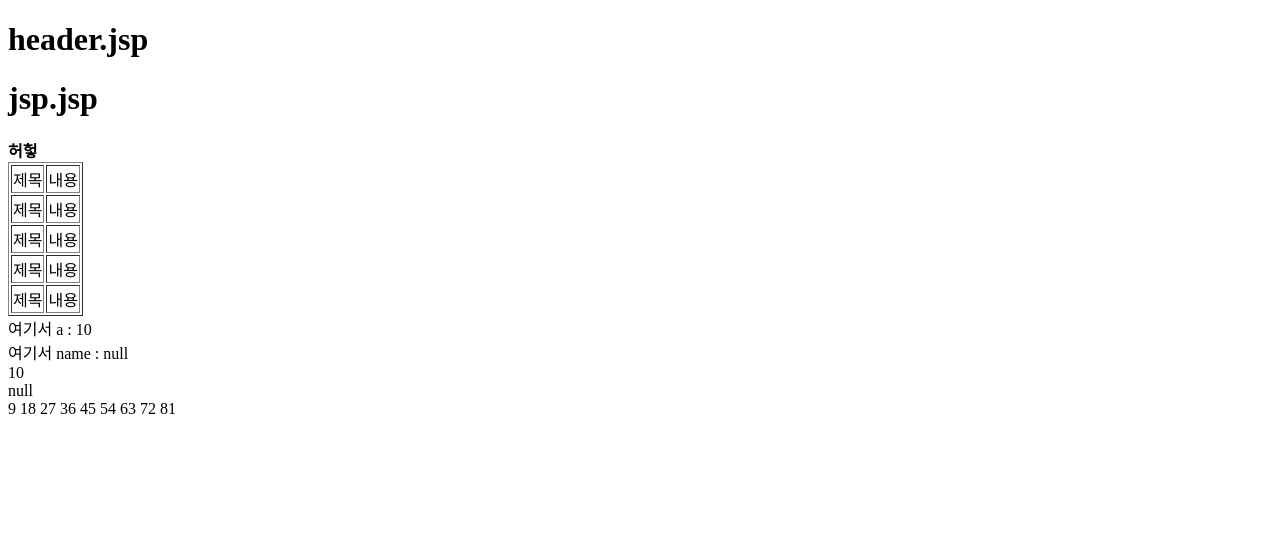
Repository: JaeWon-Sim/Project
Page: http://localhost/_4_project_jsp/jsp.jsp
These files come from the project's save history. The page is drawn as it stood at one moment and after the next save; the edit follows.
The browser window is 1280 px wide. The pictures show the whole page.
The page is served by Tomcat 9.

Above is the page before, as saved 2025-08-21 06:56:49.

After the next save:
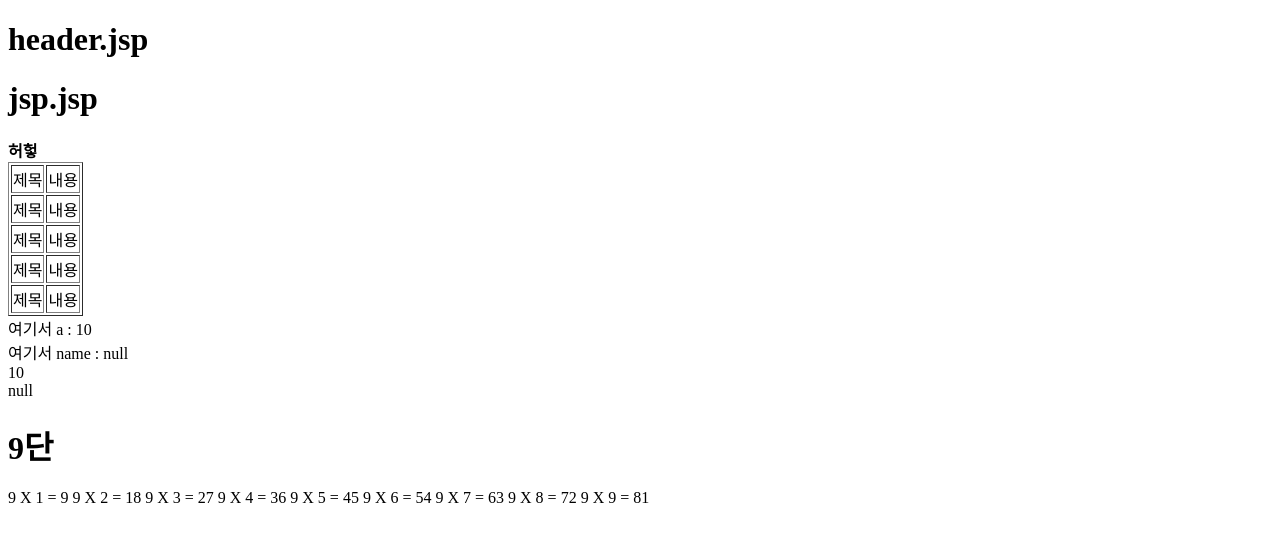
Saved 107 s later.
--- a/workspace_java/_4_project_jsp/src/main/webapp/jsp.jsp
+++ b/workspace_java/_4_project_jsp/src/main/webapp/jsp.jsp
@@ -71,10 +71,11 @@
 		return this.title;
 	}
 	%>
+	<h1>9단</h1>
 	<%
 	for(int i=1; i<10; i++){
 	%>
-	<%=i*9 %>
+	9 X <%=i %> = <%=i*9 %>
 	<%
 	}
 	%>
